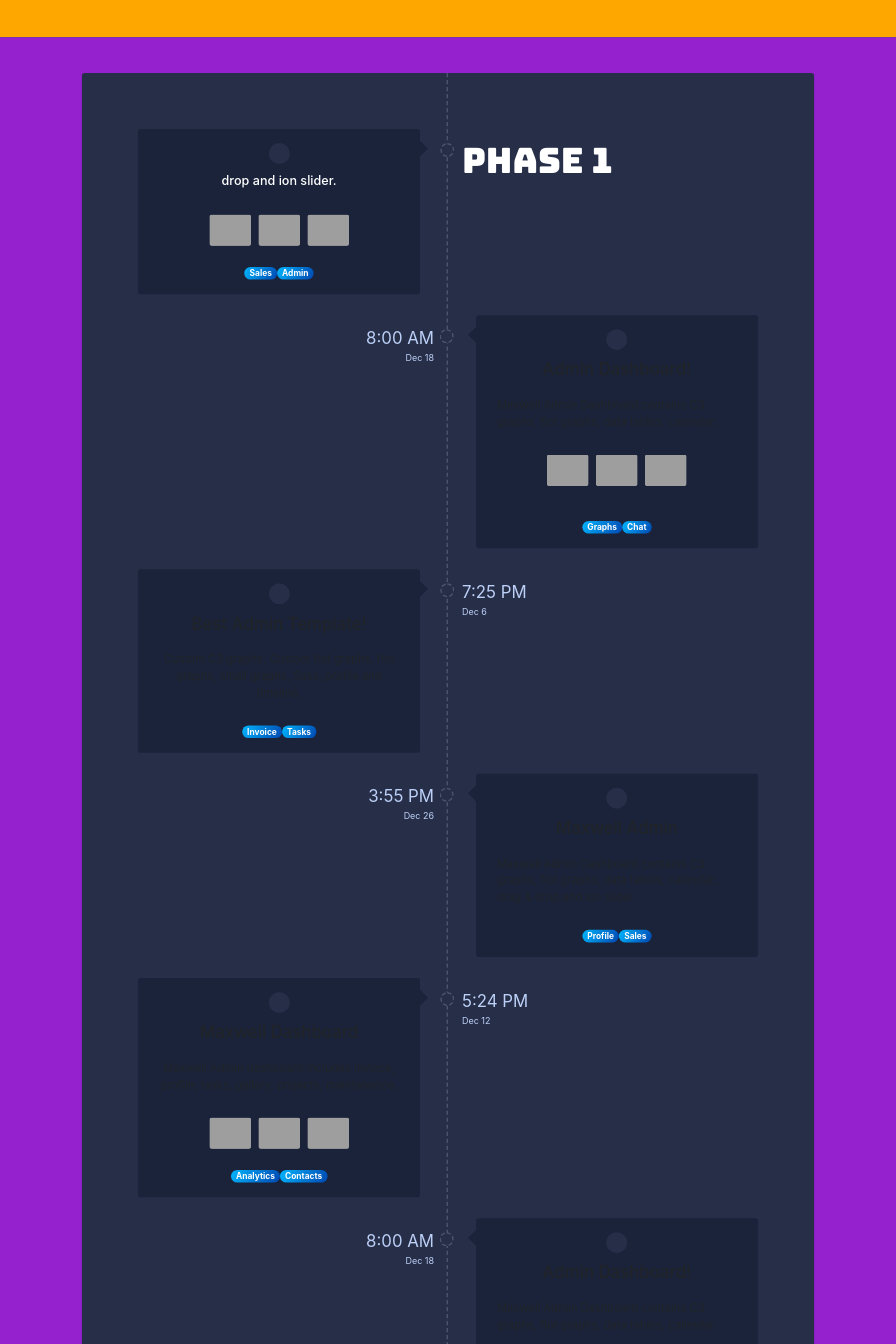
Repository: danishmahmoodawan/Pakalolo_buzz
Page: /
These files come from the project's save history. The page is drawn as it stood at one moment and after a run of saves; the edit follows.
The browser window is 1280 px wide. The pictures show the part of the page from y = 2816 to 4736 px (the page is 6599 px tall before and 6626 px after), at 70% of full size.
Pictures or frames that could not be fetched are drawn as grey boxes. The project was rebuilt for these pictures with package versions that can differ from the ones it lists, and the page was loaded fresh each time. Also part of the build but not shown: craco.config.js.

Above is the page before, as saved 2022-04-29 02:15:25.

### public/index.html
<!DOCTYPE html>
<html lang="en">
  <head>
    <meta charset="utf-8" />
    <meta name="viewport" content="width=device-width, initial-scale=1" />
    <link rel="stylesheet" href="https://cdnjs.cloudflare.com/ajax/libs/twitter-bootstrap/4.6.0/css/bootstrap.min.css">
	<link rel="stylesheet" href="https://cdnjs.cloudflare.com/ajax/libs/font-awesome/5.15.4/css/all.min.css">
	<link rel="stylesheet" href="assets/css/style.css">
	<title>Pakalolo Buzz</title>
  </head>
  <body>
    <noscript>You need to enable JavaScript to run this app.</noscript>
    <div id="root"></div>
	<script src="https://cdnjs.cloudflare.com/ajax/libs/jquery/3.5.1/jquery.slim.min.js"></script>
	<script src="https://cdnjs.cloudflare.com/ajax/libs/popper.js/1.16.1/umd/popper.min.js"></script>
	<script src="https://cdnjs.cloudflare.com/ajax/libs/twitter-bootstrap/4.6.0/js/bootstrap.min.js"></script>
  </body>
</html>

### src/pages/Home.js

import { useState, useEffect } from 'react';
function Home() {

  return (
   <>
   <div className="cotainer bg-nav" style={{paddingLeft: "10%",paddingRight: "10%"}}>
            <nav className="navbar navbar-expand-lg navbar-light ">
                <a className="navbar-brand" href="#"><img className="logo_s" src="assets/images/logo.png"/></a>
                <button className="navbar-toggler" type="button" data-toggle="collapse" data-target="#navbarText" aria-controls="navbarText" aria-expanded="false" aria-label="Toggle navigation">
                    <span className="navbar-toggler-icon"></span>
                </button>

                <div className="collapse navbar-collapse" id="navbarText">
                    <ul className="navbar-nav ml-auto">
                        <li className="nav-item active">
                            <a className="nav-link" href="#pakaloloimg">Pakalolo</a>
                        </li>
                        <li className="nav-item">
                            <a className="nav-link" href="#about_pakalolo">About</a>
                        </li>
                        <li className="nav-item">
                            <a className="nav-link" href="#pakalolo_faq">FAQs</a>
                        </li>

                    </ul>
                    <span className="navbar-text" >
                            <a href="https://twitter.com" target={{target:"_blank"}}>
                            <img className="seicon" src="assets/images/twitter.svg"/>
                            </a>
                            <a href="https://twitter.com" target={{target:"_blank"}}>
                            <img className="seicon" src="assets/images/discord.svg"/>
                            </a>
                            <a href="https://opensea.io/collection" target={{target:"_blank"}}>
                            <img className="seicon" src="assets/images/opensea.svg"/>
                            </a>
                    </span>
                </div>
            </nav>
        </div>
        <section id="pakaloloimg" class="background_sec">
	<div class="container">
		<div class="row mt-5 mb-5">
			<div class="col-12 text-center">
				</div>
				</div>
				</div>
                </section>

	<section id="about_pakalolo" class="first_section">
	<div class="container">
		<div class="row custom_row p-5">
        <div class="col-sm-6 text-center">
        <img className="img_set" src="assets/images/images1.gif"/>
        </div>
        <div class="col-sm-6">
        <h1 className="heading_h1">Pakalolo Buzz are what?</h1>
        <p className="para_p">Pakalolo Buzz is a community driven <br/>
collection of 10k randomly generated
NFTs on the Ethereum blockchain
Each Pakalolo is totally unique and
comes with different traits and
varying in rarity. An will be as your
ticket into the first Web3 Membership
platform for profit sharing and
supporting other creative minds.</p>
        </div>

                </div>
                <div class="row custom_rows p-5 mb-5">
        <div class="col-sm-6 ">
        <h1 className="heading_h1">HOW DOES THIS WORK?</h1>
        <p className="para_p">Pakalolo Buzz holders can participate
in exclusive events, such as: NFT
claims, raffles, giveaways and much,
much more. <br/><br/>
Don't forget, all Pakalolo are special --
but some are exceptionally special.<br/>
... and the best is yet to come, check
out our roadmap below.</p>
        </div>
        <div class="col-sm-6 text-center">

<img className="img_set" src="assets/images/images1.gif"/>

        </div>

				</div>
				</div>
				</section>


                <section id="about_team" class="team_section">
	<div class="container-fluid">
		<div class="row team_row text-center">
        <div class="col-12">
        <h1 class="heading_h1 pb-5">TEAM</h1></div>
        </div>
        <div class="row">
        <div class="col-sm-12 col-md-6 col-lg-3 text-center">
      <div class="member_card">
        <div class="member_image"><img className="img_sm" src="assets/images/team_mikael.png"/>
        <div class="team-socials">
<a href="https://twitter.com" target={{target:"_blank"}}>
                            <img className="seicon" src="assets/images/twitter.svg"/>
                            </a>
                            </div> </div>
        <div class="content_member">
        <h3 class="member_name">kickRRR / Mikael Tyrsen</h3>
        <h3 class="member_disg">Creative Director</h3>
        <span class="member_bio">Mikael Tyrsen is an award winning Los Angeles based Director inspired to bring big ideas to life through creative filmmaking. Former co-founder of Umbrella Games. Creator of Monster Merge & other AppStore top 10 video games.</span>
        </div>

        </div>
       </div>

         <div class="col-sm-12 col-md-6 col-lg-3 text-center">
      <div class="member_card">
        <div class="member_image"><img className="img_sm" src="assets/images/team_mikael.png"/>
        <div class="team-socials">
<a href="https://twitter.com" target={{target:"_blank"}}>
                            <img className="seicon" src="assets/images/twitter.svg"/>
                            </a>
                            </div> </div>
        <div class="content_member">
        <h3 class="member_name">kickRRR / Mikael Tyrsen</h3>
        <h3 class="member_disg">Creative Director</h3>
        <span class="member_bio">Mikael Tyrsen is an award winning Los Angeles based Director inspired to bring big ideas to life through creative filmmaking. Former co-founder of Umbrella Games. Creator of Monster Merge & other AppStore top 10 video games.</span>
        </div>

        </div>
       </div>


         <div class="col-sm-12 col-md-6 col-lg-3 text-center">
      <div class="member_card">
        <div class="member_image"><img className="img_sm" src="assets/images/team_mikael.png"/>
        <div class="team-socials">
<a href="https://twitter.com" target={{target:"_blank"}}>
                            <img className="seicon" src="assets/images/twitter.svg"/>
                            </a>
                            </div> </div>
        <div class="content_member">
        <h3 class="member_name">kickRRR / Mikael Tyrsen</h3>
        <h3 class="member_disg">Creative Director</h3>
        <span class="member_bio">Mikael Tyrsen is an award winning Los Angeles based Director inspired to bring big ideas to life through creative filmmaking. Former co-founder of Umbrella Games. Creator of Monster Merge & other AppStore top 10 video games.</span>
        </div>

        </div>
       </div>


         <div class="col-sm-12 col-md-6 col-lg-3 text-center">
      <div class="member_card">
        <div class="member_image"><img className="img_sm" src="assets/images/team_mikael.png"/>
        <div class="team-socials">
<a href="https://twitter.com" target={{target:"_blank"}}>
                            <img className="seicon" src="assets/images/twitter.svg"/>
                            </a>
                            </div> </div>
        <div class="content_member">
        <h3 class="member_name">kickRRR / Mikael Tyrsen</h3>
        <h3 class="member_disg">Creative Director</h3>
        <span class="member_bio">Mikael Tyrsen is an award winning Los Angeles based Director inspired to bring big ideas to life through creative filmmaking. Former co-founder of Umbrella Games. Creator of Monster Merge & other AppStore top 10 video games.</span>
        </div>

        </div>
       </div>

                </div>

				</div>
				</section>

  <section id="roadmap" class="roadmap">
  <div class="container">
<div class="timeline">
		<div class="timeline-row">
			<div class="timeline-time">
				<h3 class="heading_h1 ">Phase 1</h3>
			</div>
			<div class="timeline-content">
				<i class="icon-attachment"></i>
				<p class="timeline_phase"> drop and ion slider.</p>
				<div class="thumbs">
					<img class="img-fluid rounded" src="https://bootdey.com/img/Content/avatar/avatar1.png" alt="Maxwell Admin" />
					<img class="img-fluid rounded" src="https://bootdey.com/img/Content/avatar/avatar2.png" alt="Maxwell Admin" />
					<img class="img-fluid rounded" src="https://bootdey.com/img/Content/avatar/avatar3.png" alt="Maxwell Admin" />
				</div>
				<div class="">
					<span class="badge badge-pill">Sales</span>
					<span class="badge badge-pill">Admin</span>
				</div>
			</div>
		</div>

		<div class="timeline-row">
			<div class="timeline-time">
				8:00 AM<small>Dec 18</small>
			</div>
			<div class="timeline-content">
				<i class="icon-code"></i>
				<h4>Admin Dashboard!</h4>
				<p>
					Maxwell Admin Dashboard contains C3 graphs, flot graphs, data tables, calendar.
				</p>
				<div class="thumbs">
					<div class="thumbs">
					<img class="img-fluid rounded" src="https://bootdey.com/img/Content/avatar/avatar1.png" alt="Maxwell Admin" />
					<img class="img-fluid rounded" src="https://bootdey.com/img/Content/avatar/avatar2.png" alt="Maxwell Admin" />
					<img class="img-fluid rounded" src="https://bootdey.com/img/Content/avatar/avatar3.png" alt="Maxwell Admin" />
				</div>
				</div>
				<div class="">
					<span class="badge badge-pill">Graphs</span>
					<span class="badge badge-pill">Chat</span>
				</div>
			</div>
		</div>

		<div class="timeline-row">
			<div class="timeline-time">
				7:25 PM<small>Dec 6</small>
			</div>
			<div class="timeline-content">
				<i class="icon-turned_in_not"></i>
				<h4>Best Admin Template!</h4>
				<p>Custom C3 graphs, Custom flot graphs, flot graphs, small graphs, Sass, profile and timeline.</p>
				<div>
					<span class="badge badge-pill">Invoice</span>
					<span class="badge badge-pill">Tasks</span>
				</div>
			</div>
		</div>

		<div class="timeline-row">
			<div class="timeline-time">
				3:55 PM<small>Dec 26</small>
			</div>
			<div class="timeline-content">
				<i class="icon-directions"></i>
				<h4>Maxwell Admin</h4>
				<p>Maxwell Admin Dashboard contains C3 graphs, flot graphs, data tables, calendar, drag &amp; drop and ion slider.</p>
				<div>
					<span class="badge badge-pill">Profile</span>
					<span class="badge badge-pill">Sales</span>
				</div>
			</div>
		</div>

		<div class="timeline-row">
			<div class="timeline-time">
				5:24 PM<small>Dec 12</small>
			</div>
			<div class="timeline-content">
				<i class="icon-change_history"></i>
				<h4>Maxwell Dashboard</h4>
				<p class="no-margin">Maxwell Admin dashboard includes invoice, profile, tasks, gallery, projects, maintanence.</p>
				<div class="thumbs">
					<img class="img-fluid rounded" src="https://bootdey.com/img/Content/avatar/avatar7.png" alt="Maxwell Admin" />
					<img class="img-fluid rounded" src="https://bootdey.com/img/Content/avatar/avatar6.png" alt="Maxwell Admin" />
					<img class="img-fluid rounded" src="https://bootdey.com/img/Content/avatar/avatar5.png" alt="Maxwell Admin" />
				</div>
				<div>
					<span class="badge badge-pill">Analytics</span>
					<span class="badge badge-pill">Contacts</span>
				</div>
			</div>
		</div>

		<div class="timeline-row">
			<div class="timeline-time">
				8:00 AM<small>Dec 18</small>
			</div>
			<div class="timeline-content">
				<i class="icon-code"></i>
				<h4>Admin Dashboard!</h4>
				<p>
					Maxwell Admin Dashboard contains C3 graphs, flot graphs, data tables, calendar.
				</p>
				<div class="thumbs">
					<img class="img-fluid rounded" src="https://bootdey.com/img/Content/avatar/avatar7.png" alt="Maxwell Admin" />
					<img class="img-fluid rounded" src="https://bootdey.com/img/Content/avatar/avatar4.png" alt="Maxwell Admin" />
					<img class="img-fluid rounded" src="https://bootdey.com/img/Content/avatar/avatar3.png" alt="Maxwell Admin" />
				</div>
				<div class="">
					<span class="badge badge-pill">Ecommerce</span>
					<span class="badge badge-pill">CRM</span>
				</div>
			</div>
		</div>

		<div class="timeline-row">
			<div class="timeline-time">
				7:45PM<small>Dec 21</small>
			</div>
			<div class="timeline-content">
				<i class="icon-attachment"></i>
				<h4>Admin Template!</h4>
				<p>Maxwell Admin Dashboard contains C3 graphs, flot graphs, data tables, calendar, drag &amp; drop and ion slider.</p>
				<div class="thumbs">
					<img class="img-fluid rounded" src="https://bootdey.com/img/Content/avatar/avatar2.png" alt="Maxwell Admin" />
					<img class="img-fluid rounded" src="https://bootdey.com/img/Content/avatar/avatar3.png" alt="Maxwell Admin" />
				</div>
				<div class="">
					<span class="badge badge-pill">Orders</span>
					<span class="badge badge-pill">Sales</span>
				</div>
			</div>
		</div>

		<div class="timeline-row">
			<div class="timeline-content">
				<p class="m-0">Loading...</p>
			</div>
		</div>

	</div>
</div>

        </section>


                <section  id="pakalolo_faq" class="faq_section">
	<div class="container">
		<div class="row faq_row p-5">
        <div class="col-sm-12">
        <h1 class="heading_h1 pb-3">Frequently Asked Questions  </h1>
        <div id="accordion">
               <div class="card">
                  <div class="card-header" id="headingOne">
                     <h5 class="mb-0">
                     <i class="fas fa-circle circle_color"></i>           <button class="btn btn-link" data-toggle="collapse" data-target="#collapseOne" aria-expanded="true" aria-controls="collapseOne">
                     What are NFTs?                        </button>
                     </h5>
                  </div>
                  <div id="collapseOne" class="collapse show" aria-labelledby="headingOne" data-parent="#accordion">
                     <div class="card-body">
<p>A non-fungible token (NFT) is a non-interchangeable unit of
data stored on a blockchain, a form of digital ledger, that can
be sold and traded.
NFTs may be associated with digital files such as photos,
videos, and audio. Because each token is uniquely identifiable,
NFTs differ from blockchain cryptocurrencies, such as
Bitcoin.</p>
                     </div>
                  </div>
               </div>
               <div class="card">
                  <div class="card-header" id="headingTwo">
                     <h5 class="mb-0">
                     <i class="fas fa-circle circle_color"></i>
                        <button class="btn btn-link collapsed" data-toggle="collapse" data-target="#collapseTwo" aria-expanded="false" aria-controls="collapseTwo">
                        What is Ethereum?
                         </button>
                     </h5>
                  </div>
                  <div id="collapseTwo" class="collapse" aria-labelledby="headingTwo" data-parent="#accordion">
                     <div class="card-body">
                     Ethereum is the community-run technology powering the
cryptocurrency ether (ETH) and thousands of decentralized
applications. Learn more on ethereum.org
                                          </div>
                  </div>
               </div>
               <div class="card">
                  <div class="card-header" id="headingThree">
                     <h5 class="mb-0">
                     <i class="fas fa-circle circle_color"></i> <button class="btn btn-link collapsed" data-toggle="collapse" data-target="#collapseThree" aria-expanded="false" aria-controls="collapseThree">
                     What Wallets are Supported?
                        	  </button>
                     </h5>
                  </div>
                  <div id="collapseThree" class="collapse" aria-labelledby="headingThree" data-parent="#accordion">
                     <div class="card-body">
                     We recommend using MetaMask, which can be downloaded
from the MetaMask website. We support both the browser
plugin and the mobile apps.
We also integrate with WalletConnect, which supports a
number of wallets. The full list can be found on
the WalletConnect website.                    </div>
                  </div>
               </div>
               <div class="card">
                  <div class="card-header" id="headingThre">
                     <h5 class="mb-0">
                     <i class="fas fa-circle circle_color"></i>
                        <button class="btn btn-link collapsed" data-toggle="collapse" data-target="#collapseThre" aria-expanded="false" aria-controls="collapseThree">
                        Where does my NFT go after I purchase a Pakalolo Buzz?
                        </button>
                     </h5>
                  </div>
                  <div id="collapseThre" class="collapse" aria-labelledby="headingThre" data-parent="#accordion">
                     <div class="card-body">
                     Your wallet will own the NFT. You will be able to see the
contents of your wallet on your OpenSea profile, and some
wallets display your NFTs as well.
</div>                  </div>
               </div>
               <div class="card">
                  <div class="card-header" id="headingThreew">
                     <h5 class="mb-0">
                     <i class="fas fa-circle circle_color"></i>  <button class="btn btn-link collapsed" data-toggle="collapse" data-target="#collapseThreew" aria-expanded="false" aria-controls="collapseThree">
                      Sounds awesome - How do I get involved?
                       	</button>
                     </h5>
                  </div>
                  <div id="collapseThreew" class="collapse" aria-labelledby="headingThreew" data-parent="#accordion">
                     <div class="card-body">
                     A great place to start is our Discord, home to a very large and
very active community of Pakalolo enthusiasts. You don't need
to be a Pakalolo holder to join us there! All are welcome to
jump into the conversation, let us know your ideas, and hang
out with many others who like the Buzz!
</div>
                  </div>
               </div>
               <div class="card">
                  <div class="card-header" id="headingThre">
                     <h5 class="mb-0">
                     <i class="fas fa-circle circle_color"></i>
                        <button class="btn btn-link collapsed" data-toggle="collapse" data-target="#collapseThret" aria-expanded="false" aria-controls="collapseThree">
                        Are Pakalolo a good investment?
                        </button>
                     </h5>
                  </div>
                  <div id="collapseThret" class="collapse" aria-labelledby="headingThre" data-parent="#accordion">
                     <div class="card-body">
                     The success of the project depends on many factors. We do
not have a crystal ball so it is impossible to know how it will
go. We strongly believe in our project and think it has a bright
future ahead, but ultimately you will have to decide for
yourself. <br />
Only spend money if you can afford it!
</div>                  </div>
               </div>
               <div class="card">
                  <div class="card-header" id="headingThre">
                     <h5 class="mb-0">
                     <i class="fas fa-circle circle_color"></i>
                        <button class="btn btn-link collapsed" data-toggle="collapse" data-target="#collapseThres" aria-expanded="false" aria-controls="collapseThree">
                        Where did PakaloloBuzz come from?
                        </button>
                     </h5>
                  </div>
                  <div id="collapseThres" class="collapse" aria-labelledby="headingThre" data-parent="#accordion">
                     <div class="card-body">
                     Our team comes from a group of business Men and Women,
that have a number business under their belt. We are looking
to bring a different way for people to make money in the NFT
Web3 marketplace. We are partnering on this project with —-
who is a great artist.
</div>                  </div>
               </div>


        </div>
        </div>

                </div>
                </div>
				</section>
                                <section  id="footer" class="footer_section">
	<div class="container">
		<div class="row faq_row pt-5 pb-3">
        <div class="col-sm-12 text-center">
        <h1 className="heading_h1">PAKALOLO BUZZ </h1>

        <div className="main-block pb-3">
                   <a href="https://twitter.com" target={{target:"_blank"}}>
                   <img className="seicn cbw" src="assets/images/twitter.svg"/>
                   </a>

                   <a href="https://discord.com" target={{target:"_blank"}}>
                   <img className="seicn cbw" src="assets/images/discord.svg"/>
                            </a>
                   <a href="https://opensea.io/collection" target={{target:"_blank"}}>
                   <img className="seicn cbw" src="assets/images/opensea.svg"/>

                    </a>
                   </div>
                   <p className="para"> © COPYRIGHT 2022 PAKALOLO BUZZ | ALL RIGHTS RESERVED ® </p>
        </div>
        </div>
        </div>
        </section>
	</>
  );
}

export default Home;

Loaded but not shown: src/index.js (common file); src/index.css (common file); src/App.js (common file); src/reportWebVitals.js (common file); public/assets/css/style.css (462 lines, source omitted)

After the next 2 saves:
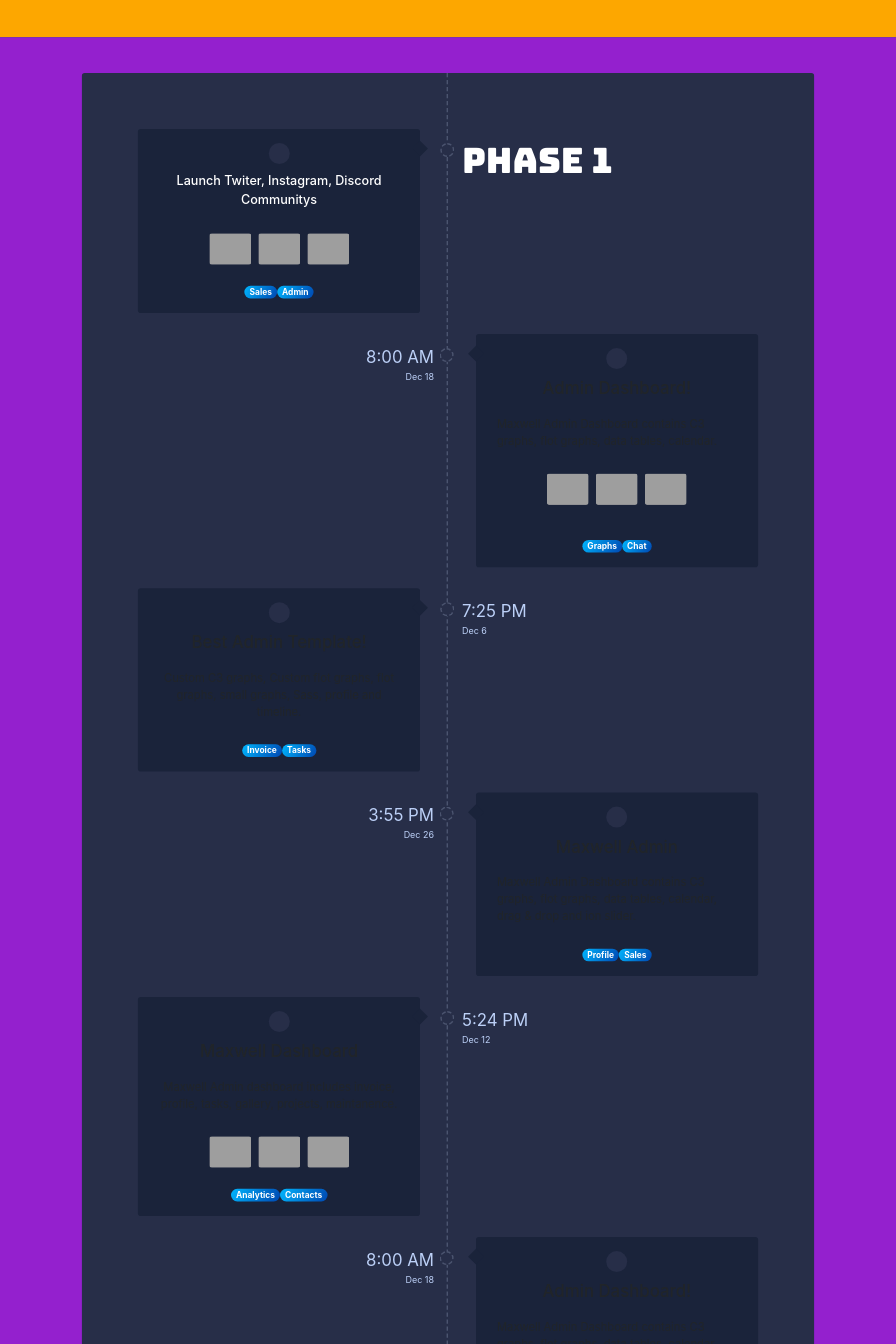
The 2 saves are shown as one change because they came seconds apart.
The last was saved 9 s later.
--- a/src/pages/Home.js
+++ b/src/pages/Home.js
@@ -181,7 +181,9 @@
 			</div>
 			<div class="timeline-content">
 				<i class="icon-attachment"></i>
-				<p class="timeline_phase"> drop and ion slider.</p>
+				<p class="timeline_phase">
+                Launch Twiter, Instagram, Discord Communitys
+                </p>
 				<div class="thumbs">
 					<img class="img-fluid rounded" src="https://bootdey.com/img/Content/avatar/avatar1.png" alt="Maxwell Admin" />
 					<img class="img-fluid rounded" src="https://bootdey.com/img/Content/avatar/avatar2.png" alt="Maxwell Admin" />
